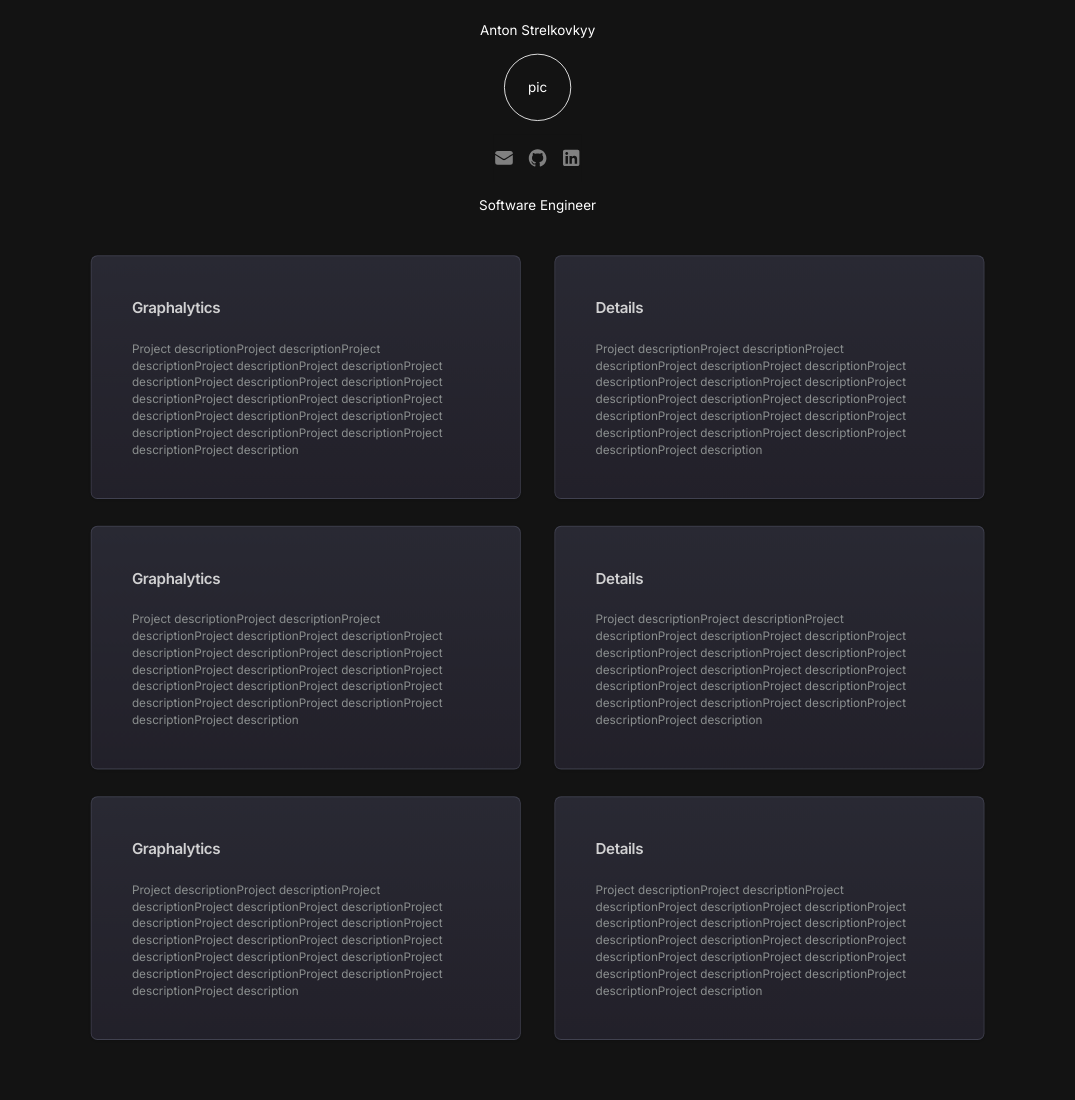
Repository: Fortivera/Anton
Page: /
The author's editor kept a copy of each file at every save. The page is drawn from the files as they stood at one save, then again after the next save.
The browser window is 1280 px wide. The pictures show the whole page, at 84% of full size.
The project was rebuilt for these pictures with package versions that can differ from the ones it lists, and the page was loaded fresh each time. The framework's server and built-in components were replaced by stand-ins that run in the browser. Also part of the build but not shown: next.config.mjs.

Above is the page before, as saved 2024-05-01 23:31:33.

After the next save:
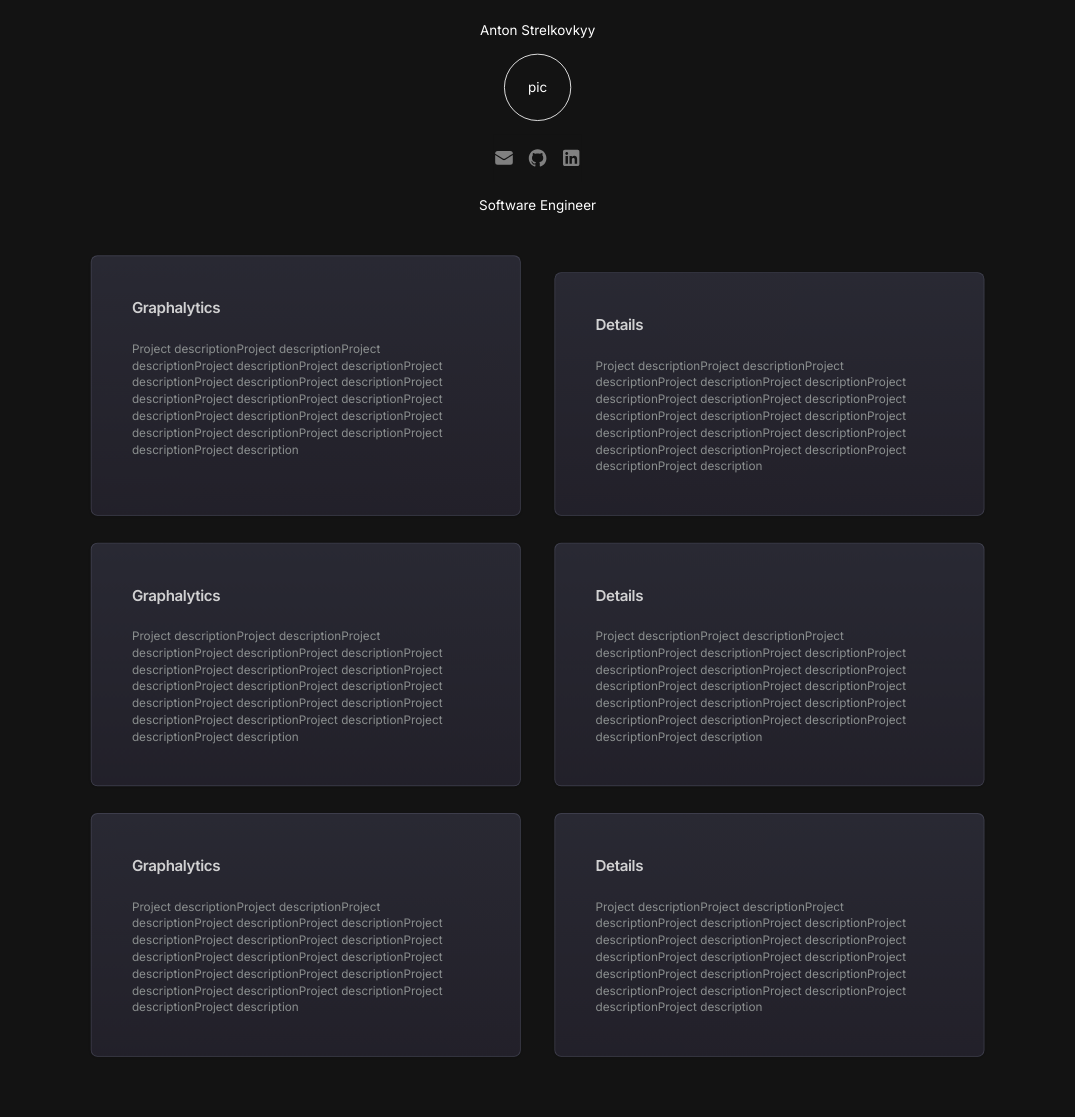
Saved 2 min 6 s later.
--- a/app/page.tsx
+++ b/app/page.tsx
@@ -26,7 +26,7 @@
         </section>
 
         <section className="grid grid-cols-1 gap-8 justify-items-center py-12" id="projects">
-          <div className="flex flex-col sm:flex-row space-x-10">
+          <div className="flex flex-col space-y-5 sm:flex-row space-x-10">
             <Card className="max-w-lg relative p-6 border rounded-lg bg-opacity-10 bg-[#9d94e9] border-[#60647872] bg-gradient-to-b from-[#35374366] to-[#24212b65]">
               <CardHeader>
                 <CardTitle className="text-lg font-semibold text-[#D1D1D2]">Graphalytics</CardTitle>

After the save that followed:
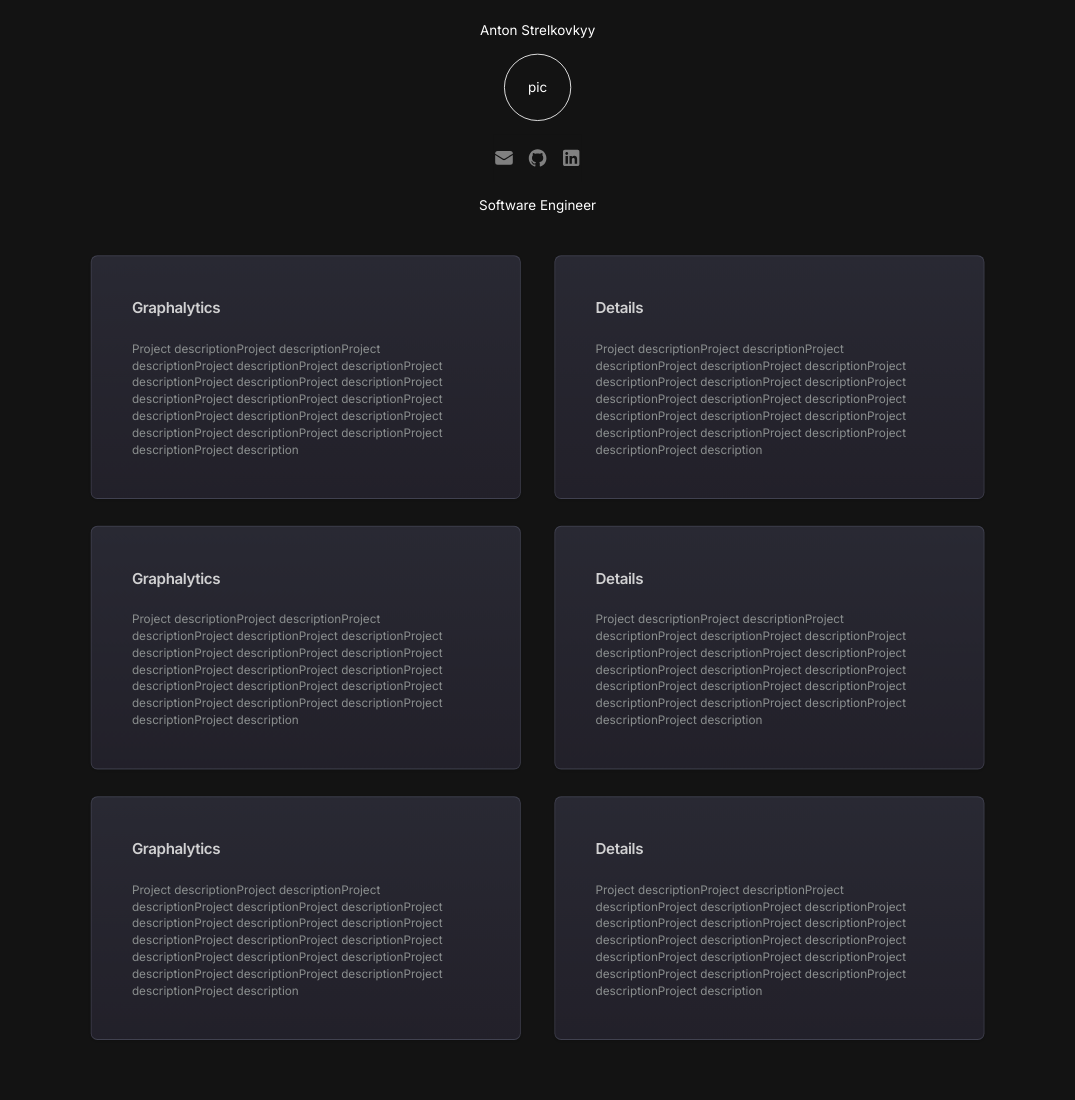
Saved 28 s later.
--- a/app/page.tsx
+++ b/app/page.tsx
@@ -26,7 +26,7 @@
         </section>
 
         <section className="grid grid-cols-1 gap-8 justify-items-center py-12" id="projects">
-          <div className="flex flex-col space-y-5 sm:flex-row space-x-10">
+          <div className="flex flex-col sm:flex-row space-x-10">
             <Card className="max-w-lg relative p-6 border rounded-lg bg-opacity-10 bg-[#9d94e9] border-[#60647872] bg-gradient-to-b from-[#35374366] to-[#24212b65]">
               <CardHeader>
                 <CardTitle className="text-lg font-semibold text-[#D1D1D2]">Graphalytics</CardTitle>
